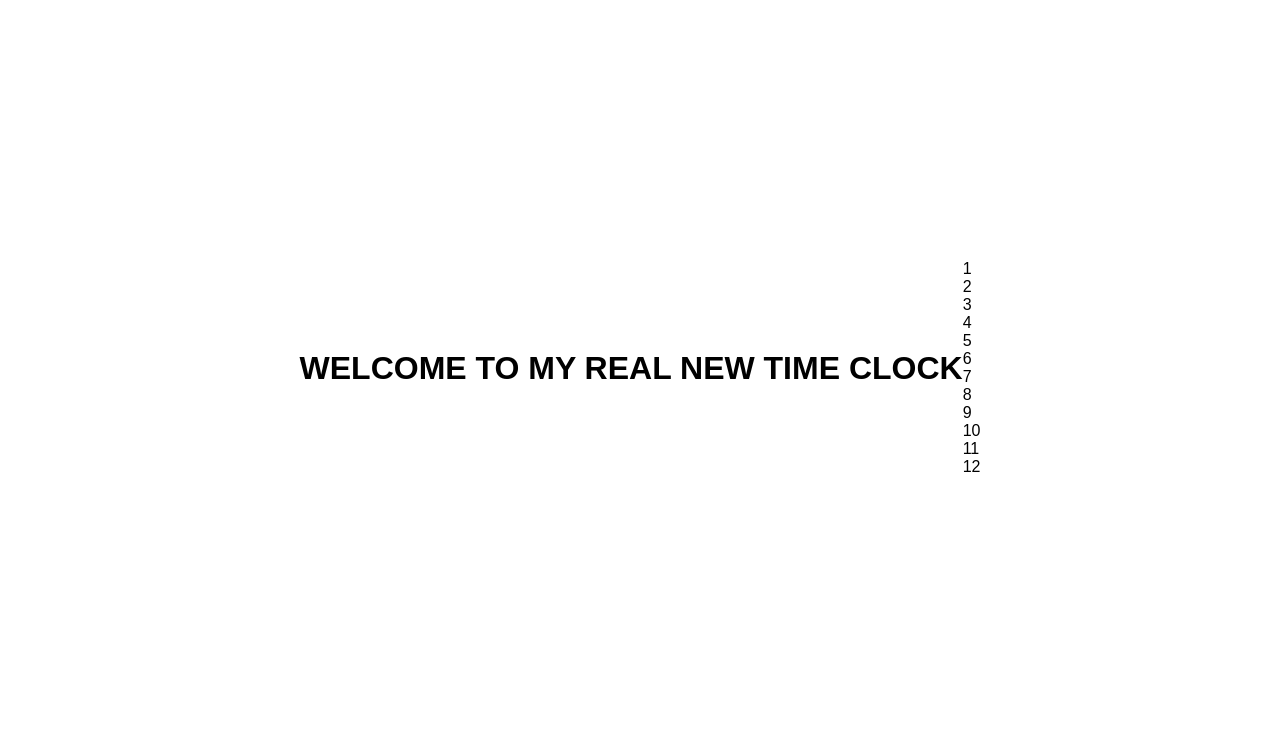
Repository: changkuothpur/create-my-watch
Page: watch.html
The author's editor kept a copy of each file at every save. The page is drawn from the files as they stood at one save, then again after a run of saves.
The browser window is 1280 px wide. The pictures show the whole page.

Above is the page before, as saved 2024-04-25 13:45:08.
Console error: TypeError: Cannot read properties of null (reading 'style')

After the next 2 saves:
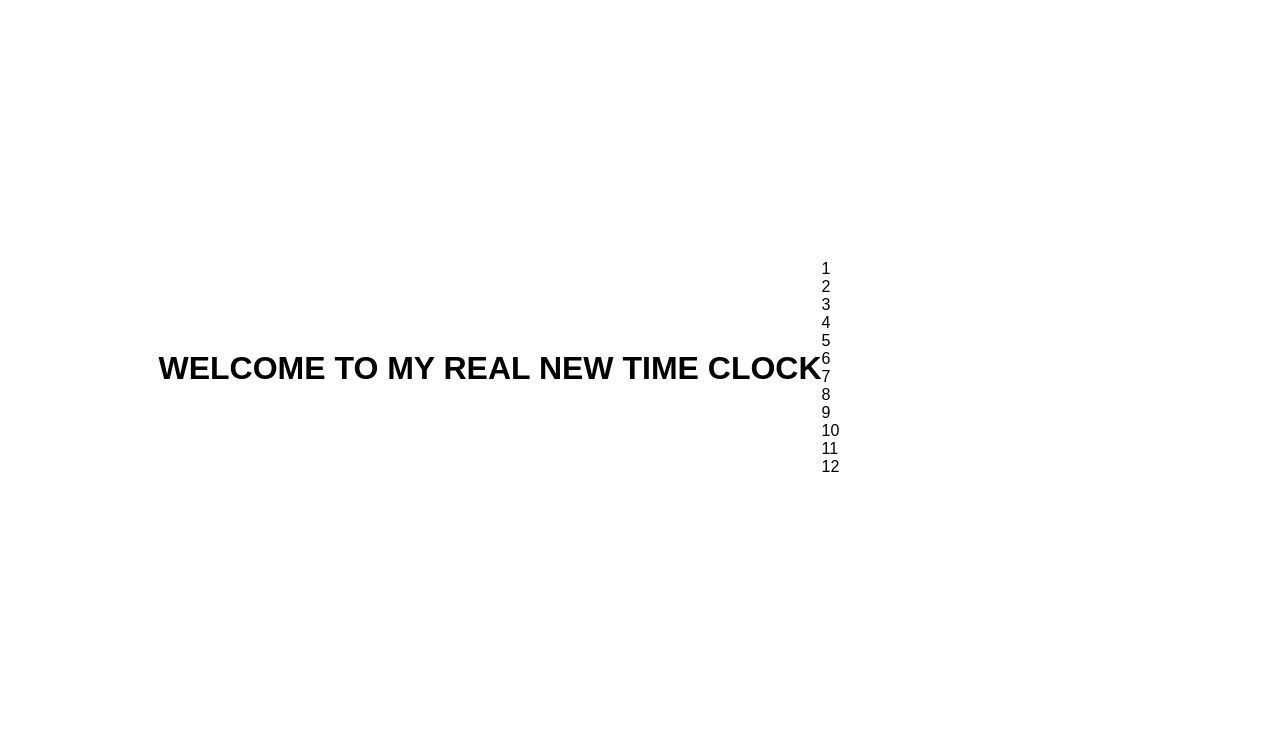
The 2 saves are shown as one change because they came seconds apart.
The last was saved 11 s later.
--- a/watch.css
+++ b/watch.css
@@ -12,5 +12,6 @@ body{
     overflow: hidden;
 }
 .clock{
-    width: 300p;
+    width: 300px;
+
 }
